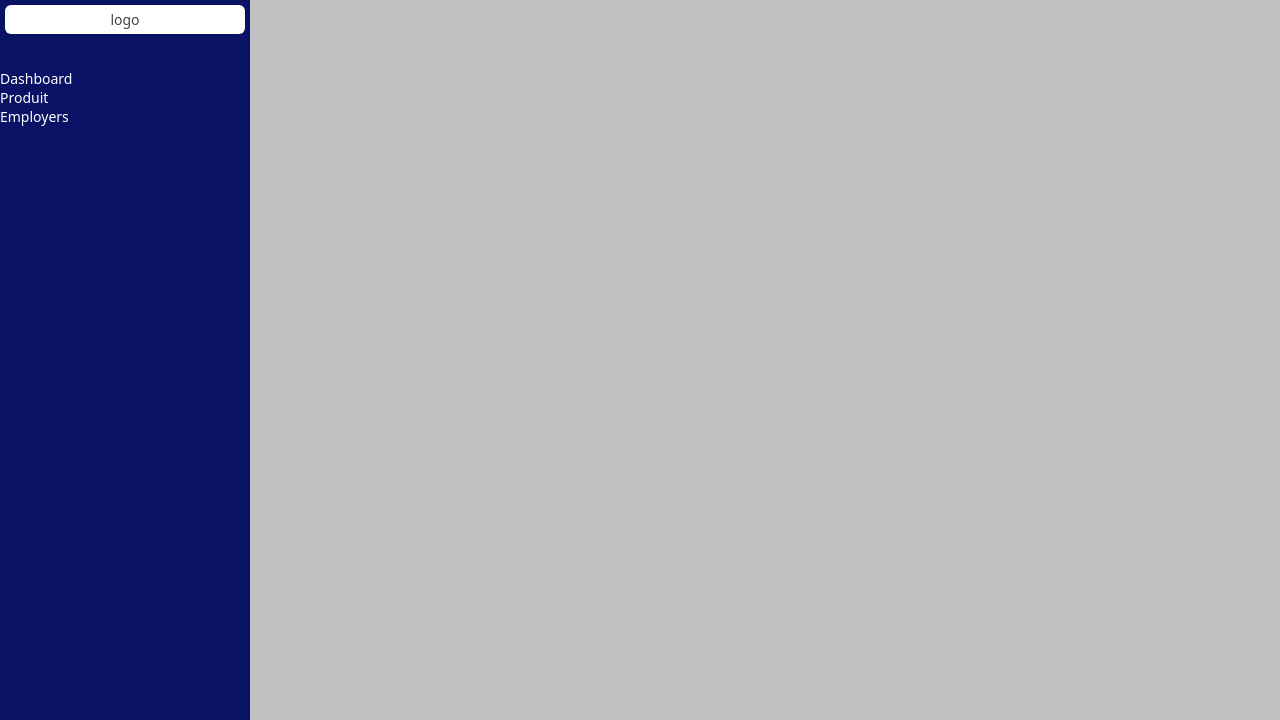
Repository: zpaulange/task_manager
Page: dashboard/index.html
An editor plug-in stored every save of this project. The page is shown before and after the next save, followed by the edit.
The browser window is 1280 px wide. The pictures show the whole page.

Above is the page before, as saved 2025-03-06 10:35:57.

### dashboard/index.html
<!DOCTYPE html>
<html lang="en">
<head>
    <meta charset="UTF-8">
    <meta name="viewport" content="width=device-width, initial-scale=1.0">
    <link rel="stylesheet" href="../assets/styles/dashboard/style.css">
    <title>Document</title>
</head>
<body>
  <section class="dashboard">
    <aside class="dashboard_left aside">
      <a href="#" class="aside_logo">logo</a>
      <ul class="aside_menu">
        <li class="aside_list"><a href="#">Dashboard</a></li>
        <li class="aside_list"><a href="#">Produit</a></li>
        <li class="aside_list"><a href="#">Employers</a></li>
      </ul>
    </aside>
    <div class="dashboard_right">
      <nav class="dashbaord_nav">
        <a href="#" class="dashbaord_nav_avatar">
          <span></span>
        </a>
      </nav>
      <main class="main">

      </main>
    </div>
  </section>

</body>
</html>

### assets/styles/dashboard/style.css
*{
  margin:0;
  padding:0;
  box-sizing: border-box;
  position:relative;
  font-family: system-ui, sans-serif;
  font-size: 14px;
  color:#434343;
}
body{
  overflow-x: hidden;
}
a{
  text-decoration: none;
}
a:active, a:hover{
  color:#434343;
}
img{
  width: 100%;
  height: auto;
}
ul li{
  list-style: none;
}

.dashboard{
  min-height: 100vh;
  background-color: silver;
}
.aside{
  width:250px;
  background-color: #091264;
  height: 100vh;
  position: fixed;
  top:0;
  left:0;
  z-index: 10;
}
.aside_logo{
  display: block;
  text-align: center;
  padding:5px;
  background-color: #fff;
  margin:5px;
  border-radius:6px;
}
.aside_menu{
  margin-top: 35px;
}
.aside_list a{
  display: block;
  color:#fff
}
.dashboard_right{
  padding-left: 250px;
  min-height: 100vh;
}

After the next save:
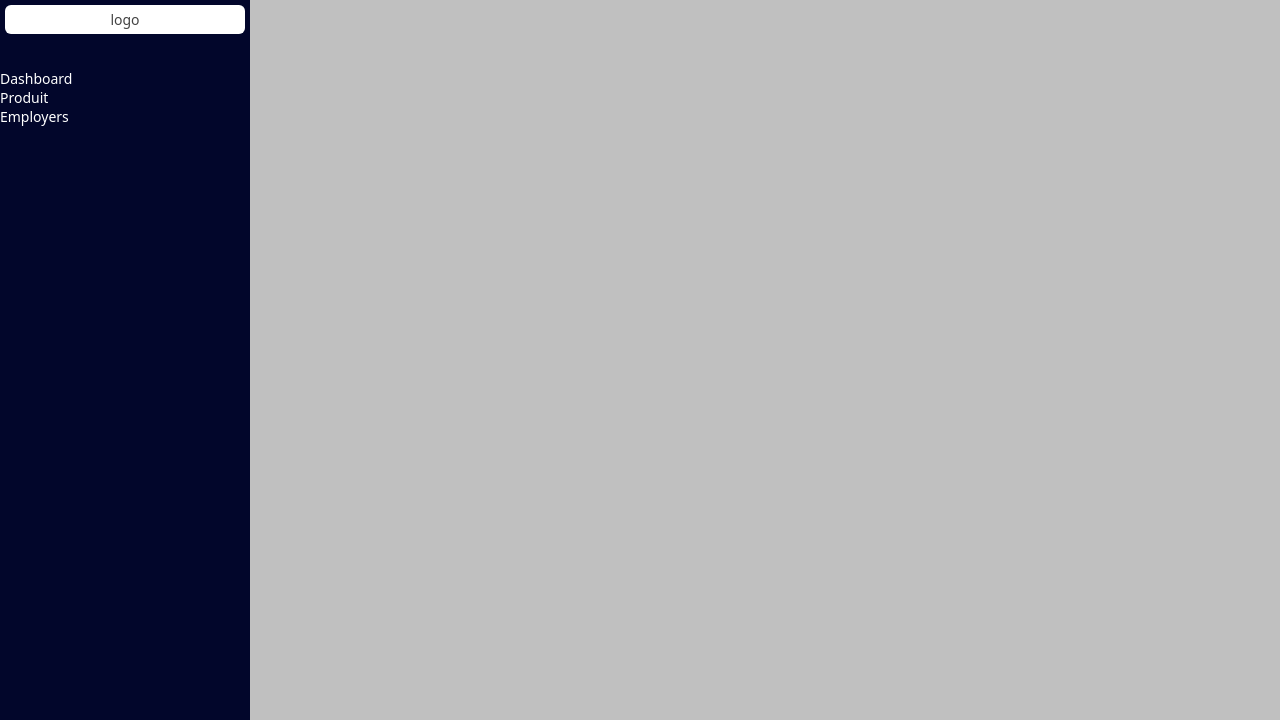
Saved 7 s later.
--- a/assets/styles/dashboard/style.css
+++ b/assets/styles/dashboard/style.css
@@ -30,7 +30,7 @@ ul li{
 }
 .aside{
   width:250px;
-  background-color: #091264;
+  background-color: #02062b;
   height: 100vh;
   position: fixed;
   top:0;
